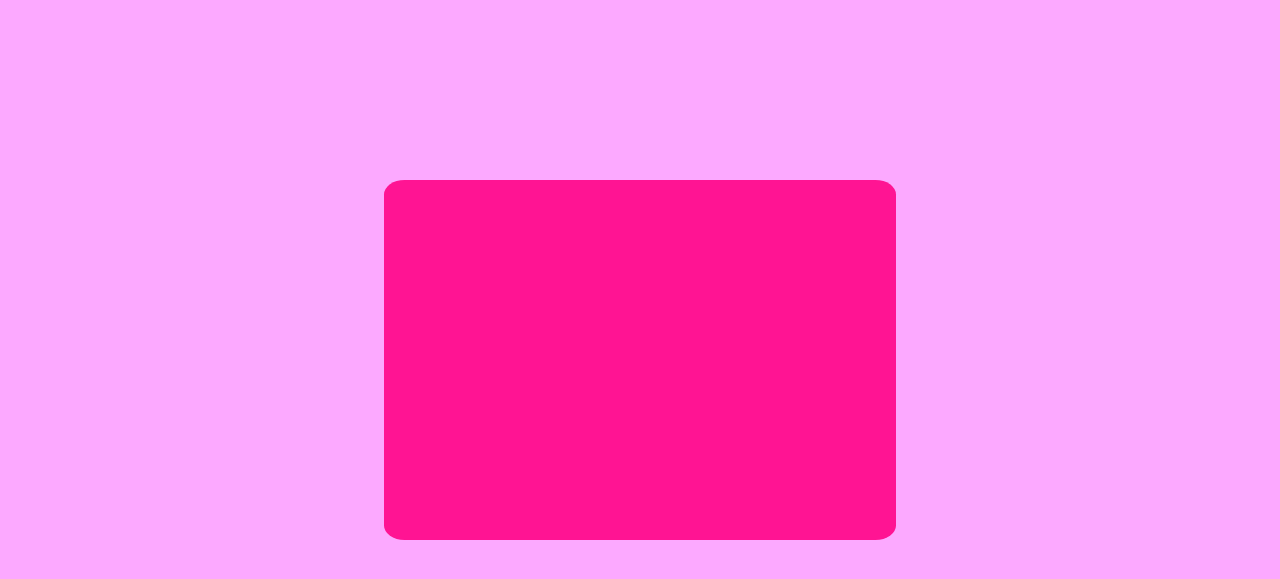
Repository: 2001mariana/Calculator_react
Page: /
These files come from the project's save history. The page is drawn as it stood at one moment and after the next save; the edit follows.
The browser window is 1280 px wide. The pictures show the whole page.
The project was rebuilt for these pictures with package versions that can differ from the ones it lists, and the page was loaded fresh each time.

Above is the page before, as saved 2023-02-06 17:14:42.

### src/index.tsx
import React from "react";
import ReactDOM from "react-dom/client";

import App from "./App";
import reportWebVitals from "./reportWebVitals";

import "./index.css";

const root = ReactDOM.createRoot(
  document.getElementById("root") as HTMLElement
);
root.render(
  <React.StrictMode>
    <App />
  </React.StrictMode>
);

reportWebVitals();

### src/App.tsx
import "./App.css";

function App() {
  return (
    <div className="Calculator">
      <div className="Calculator__body"></div>
    </div>
  );
}

export default App;

### src/App.css
.Calculator {
  background-color: #fca9ff;
  height: 100vh;
  display: flex;
  justify-content: center;
  align-items: center;
}

.Calculator__body {
  height: 50vh;
  width: 40vw;
  border-radius: 4%;
  background-color: deeppink;
}

Loaded but not shown: public/index.html (common file); src/reportWebVitals.ts (common file); src/index.css (common file)

After the next save:
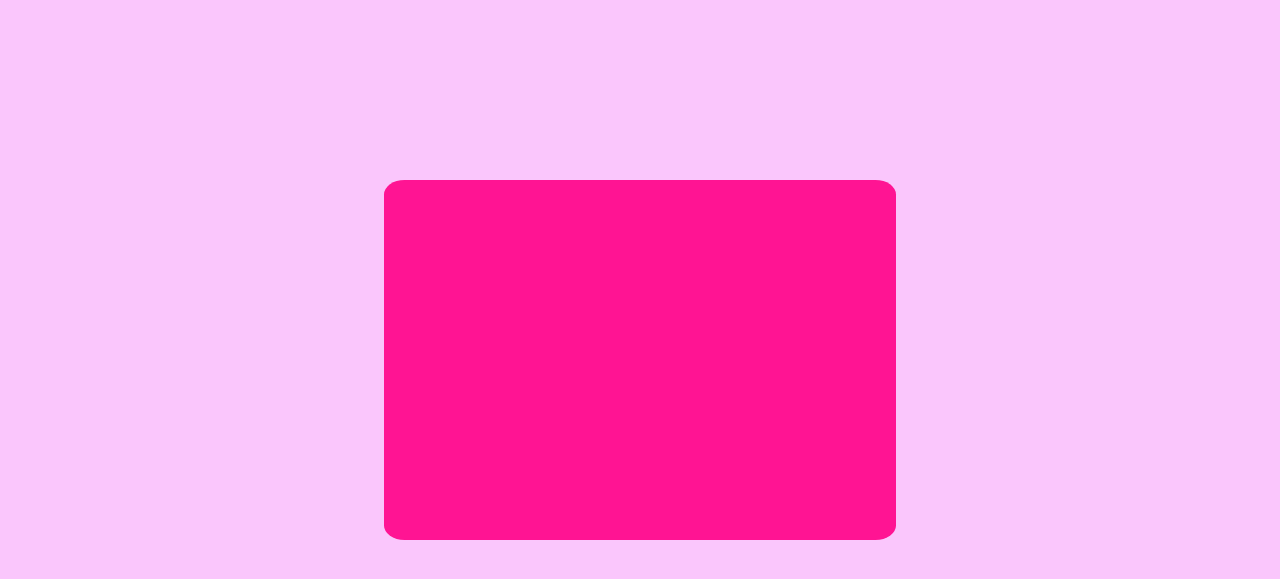
Saved 12 s later.
--- a/src/App.css
+++ b/src/App.css
@@ -1,5 +1,5 @@
 .Calculator {
-  background-color: #fca9ff;
+  background-color: #fac6fc;
   height: 100vh;
   display: flex;
   justify-content: center;
